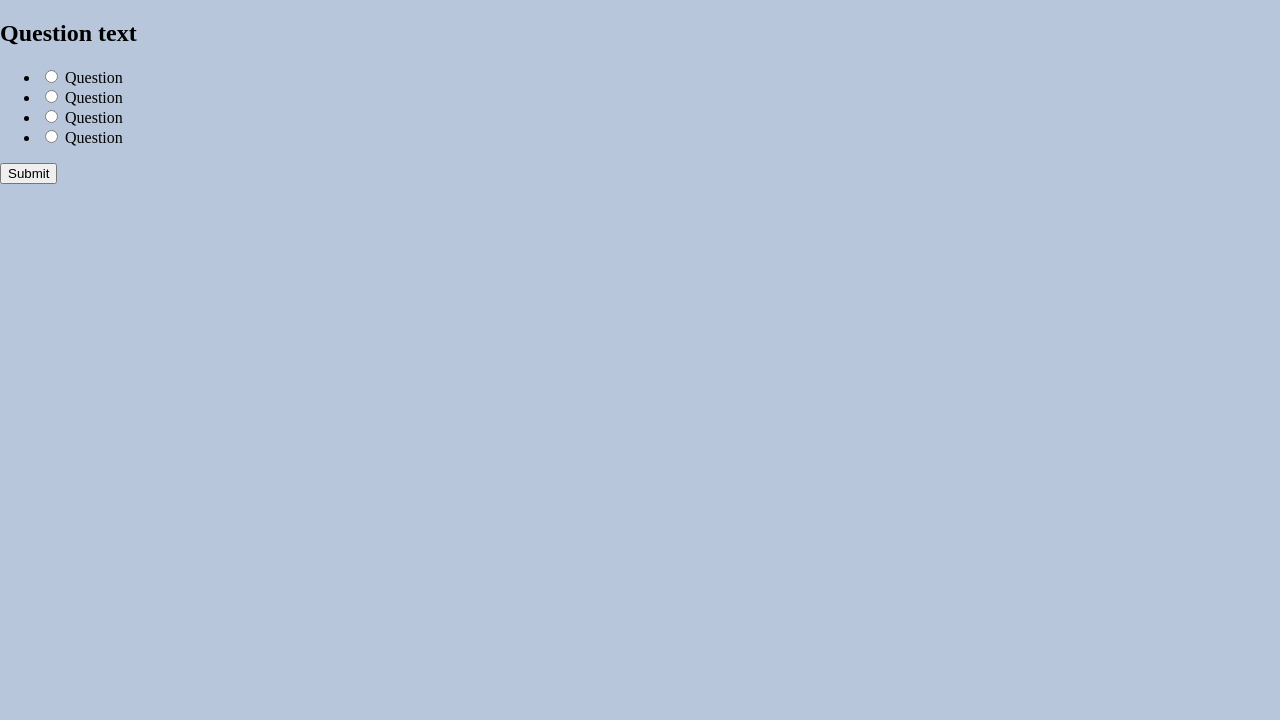
Repository: kate30980/projects-js-practice
Page: quiz-app/index.html
The author's editor kept a copy of each file at every save. The page is drawn from the files as they stood at one save, then again after the next save.
The browser window is 1280 px wide. The pictures show the whole page.

Above is the page before, as saved 2021-09-05 21:56:18.

### quiz-app/index.html
<!DOCTYPE html>
<html lang="en">

<head>
    <meta charset="UTF-8" />
    <meta name="viewport" content="width=device-width, initial-scale=1.0" />
    <title>Title</title>
    <link rel="stylesheet" href="style.css" />
    <script src="script.js" defer></script>
</head>

<body>
    <div class="quiz-container">
        <h2>Question text</h2>
        <ul>
            <li>
                <input type="radio" id="a" name="answer">
                <label for="a">Question</label>
            </li>
            <li>
                <input type="radio" id="b" name="answer">
                <label for="b">Question</label>
            </li>
            <li>
                <input type="radio" id="c" name="answer">
                <label for="c">Question</label>
            </li>
            <li>
                <input type="radio" id="d" name="answer">
                <label for="d">Question</label>
            </li>
        </ul>
        <button>Submit</button>
    </div>
</body>

</html>

### quiz-app/style.css
@import url("https://fonts.googleapis.com/css2?family=Poppins:wght@200;400;600&display=swap");

* {
    box-sizing: border-box;
}

body {
    background-color: #b8c6db;
    background-image: linear-gradient(315deg,#b8c6db, #f5f7fa 74%)
    font-family: "Poppins", sans-serif;
    margin: 0;
}

### quiz-app/script.js
const quizData = [
  {
    question: "How old is Kate?",
    a: "10",
    b: "17",
    c: "21",
    d: "20",
    correct: "c",
  },
  {
    question: "What is the best programming language?",
    a: "Javascript",
    b: "Python",
    c: "C++",
    d: "PHP",
    correct: "a",
  },
  {
    question: "Who is the president of US?",
    a: "Kate Le",
    b: "Donald Trump",
    c: "Barack Obama",
    d: "Bill Clinton",
    correct: "a",
  },
  {
    question: "Kate is the best girl in the world",
    a: "Damn true",
    b: "This is a correct answer",
    c: "Aboslutely",
    d: "Dont need to ask this stupid question",
    correct: "a",
  },
  {
    question: "What year was Javascript launch",
    a: "2020",
    b: "2019",
    c: "1995",
    d: "None of the above",
    correct: "c",
  },
];

After the next save:
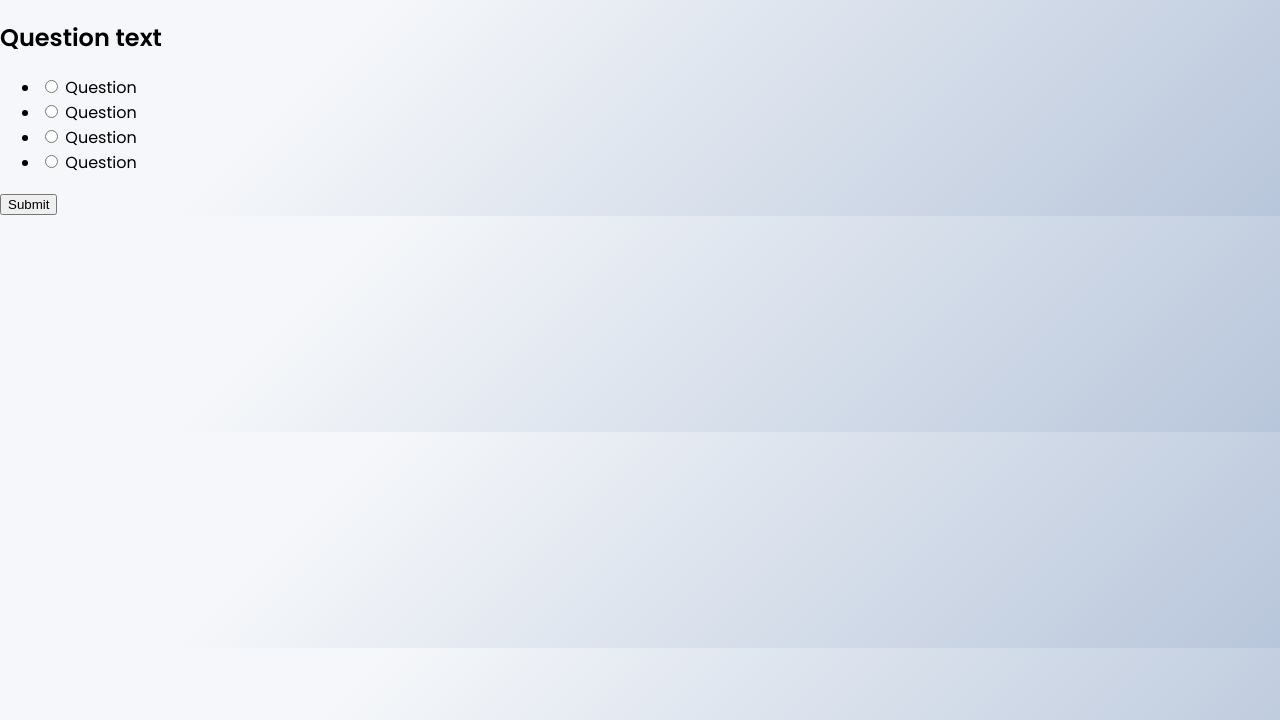
Saved 5 s later.
--- a/quiz-app/style.css
+++ b/quiz-app/style.css
@@ -6,7 +6,7 @@
 
 body {
     background-color: #b8c6db;
-    background-image: linear-gradient(315deg,#b8c6db, #f5f7fa 74%)
+    background-image: linear-gradient(315deg,#b8c6db, #f5f7fa 74%);
     font-family: "Poppins", sans-serif;
     margin: 0;
 }
